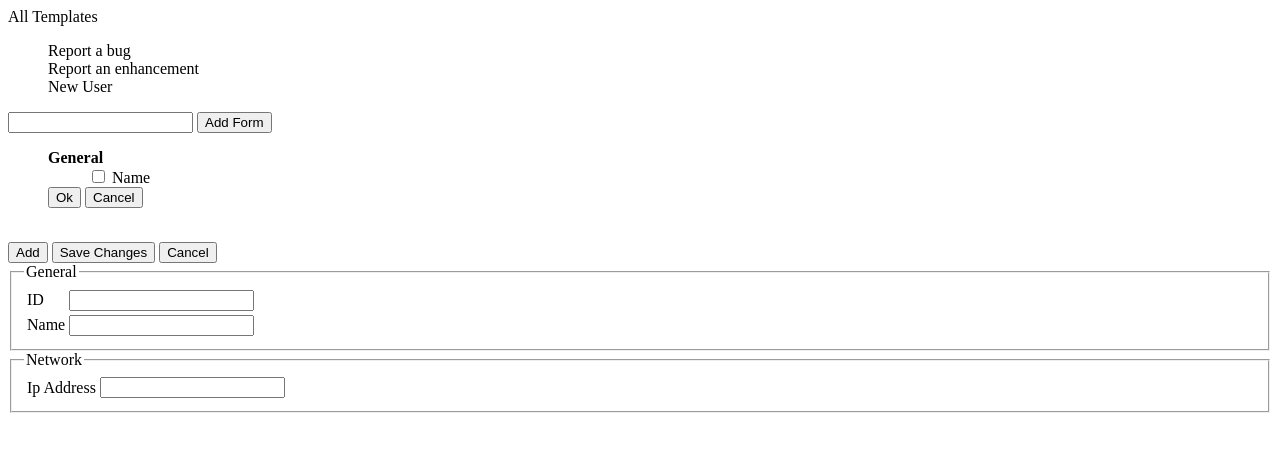
Repository: joliest/MyGits
Page: http://localhost/MiniTracker/Template.jsp
An editor plug-in stored every save of this project. The page is shown before and after the next save, followed by the edit.
The browser window is 1280 px wide. The pictures show the whole page.
Some web libraries are served in a nearby version. The page is served by Tomcat 9.

Above is the page before, as saved 2017-12-12 13:40:49.
Console error: SyntaxError: Unexpected token '=='

After the next save:
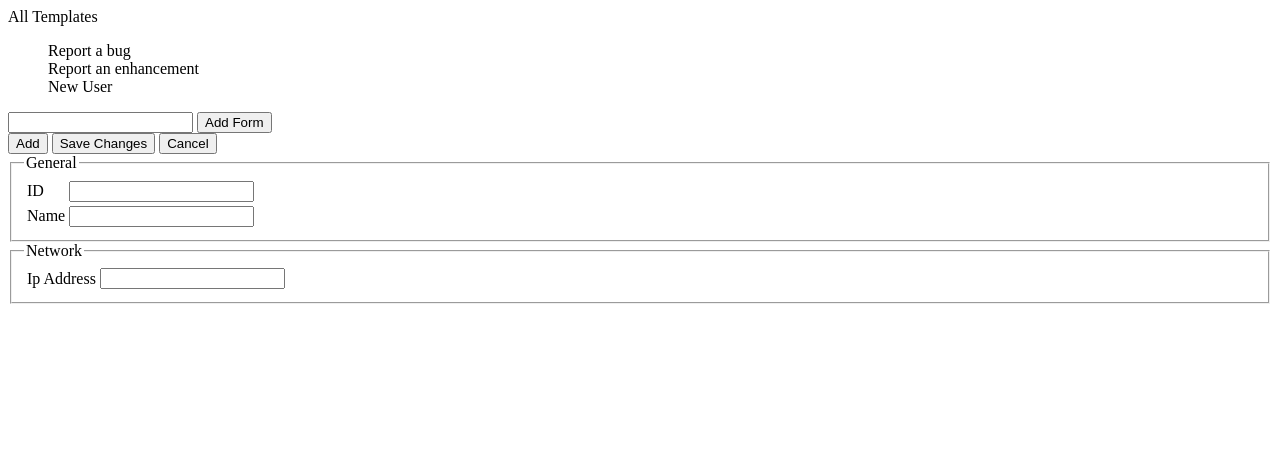
The error is gone.
Saved 13 s later.
--- a/Java/Project_JIRA/MiniTracker/WebContent/js/Template.js
+++ b/Java/Project_JIRA/MiniTracker/WebContent/js/Template.js
@@ -55,10 +55,10 @@ $(document).ready(function() {
 			myObj["attributeId[]"].push($(this).attr("attributeId"));
 		})
 
-		if( == "") {
+		if(templateId == "") {
 			alert("Select a template");
 		} else {
-			alert("Template id is : " id)
+			alert("Template id is : " + templateId);
 		}
 
 		/*
